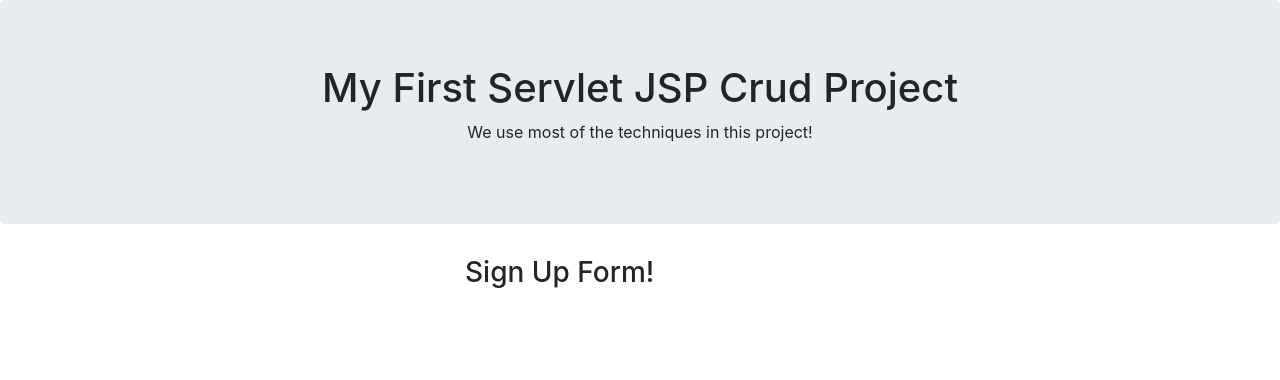
Repository: jagasia/sep-07
Page: http://localhost/sep-07-04/signup.jsp
These files come from the project's save history. The page is drawn as it stood at one moment and after the next save; the edit follows.
The browser window is 1280 px wide. The pictures show the whole page.
The page is served by Tomcat 9. Other server files are loaded and not shown.

Above is the page before, as saved 2022-09-07 09:48:17.

### sep-07-04/WebContent/signup.jsp
<%@ page language="java" contentType="text/html; charset=ISO-8859-1"
    pageEncoding="ISO-8859-1"%>
<!DOCTYPE html>
<html>
<head>
<meta charset="ISO-8859-1">
<title>Insert title here</title>
  <link rel="stylesheet" href="https://cdn.jsdelivr.net/npm/bootstrap@4.6.1/dist/css/bootstrap.min.css">
  <script src="https://cdn.jsdelivr.net/npm/jquery@3.6.0/dist/jquery.slim.min.js"></script>
  <script src="https://cdn.jsdelivr.net/npm/popper.js@1.16.1/dist/umd/popper.min.js"></script>
  <script src="https://cdn.jsdelivr.net/npm/bootstrap@4.6.1/dist/js/bootstrap.bundle.min.js"></script>
</head>
<body>
<div class="jumbotron text-center">
  <h1>My First Servlet JSP Crud Project</h1>
  <p>We use most of the techniques in this project!</p>
</div>

<div class="container">
  <div class="row">
    <div class="col-sm-4">
      <h3></h3>

    </div>
    <div class="col-sm-4">
      <h3>Sign Up Form!</h3>

    </div>
    <div class="col-sm-4">
      <h3></h3>

    </div>
  </div>
</div>
</body>
</html>

After the next save:
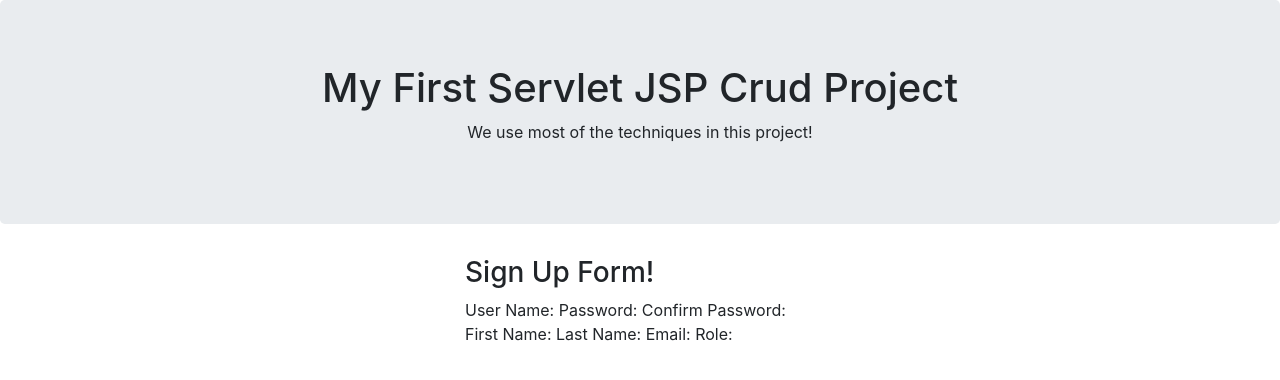
Saved 35 s later.
--- a/sep-07-04/WebContent/signup.jsp
+++ b/sep-07-04/WebContent/signup.jsp
@@ -24,7 +24,15 @@
     </div>
     <div class="col-sm-4">
       <h3>Sign Up Form!</h3>
-
+      <form>
+      	User Name:
+      	Password:
+      	Confirm Password:
+      	First Name:
+      	Last Name:
+      	Email:
+      	Role:
+      </form>
     </div>
     <div class="col-sm-4">
       <h3></h3>
